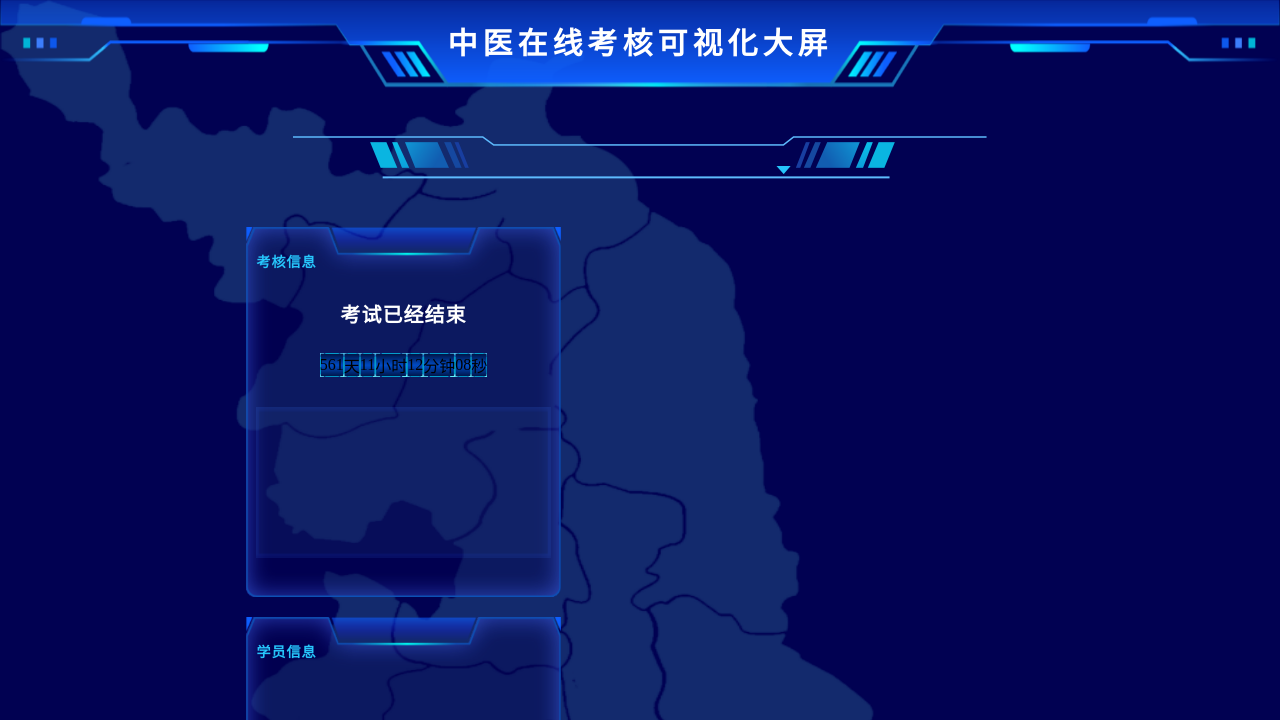
Repository: krislorem/medicine-online-datascreen-vue
Page: /
The author's editor kept a copy of each file at every save. The page is drawn from the files as they stood at one save, then again after the next save.
The browser window is 1280 px wide. The pictures show the whole page.
The project was rebuilt for these pictures with package versions that can differ from the ones it lists, and the page was loaded fresh each time. Also part of the build but not shown: vite.config.ts.

Above is the page before, as saved 2024-12-04 19:40:50.
Console error (its wording comes from the project's code and is left out).

### src/main.ts
import './assets/main.css'

import { createApp } from 'vue'
import { createPinia } from 'pinia'
import ElementPlus from 'element-plus'
import 'element-plus/dist/index.css'
import App from './App.vue'
import router from './router'

const app = createApp(App)

app.use(createPinia())
app.use(router)
app.use(ElementPlus)
app.mount('#app')

### src/assets/main.css
body, html {
  width: 100%;
  height: 100%;
  overflow: hidden;
  margin: 0;
  padding: 0;
  width: 100vw;
  height: 100vh
}

#app {
  width: 100%;
  height: 100%
}

### src/App.vue
<template>
  <div>
    <RouterView></RouterView>
  </div>
</template>

<script setup lang="ts">

</script>

<style scoped>
</style>

### src/views/HomeView.vue
<template>
  <div class="home">
    <nav>
      <h1>中医在线考核可视化大屏</h1>
    </nav>
    <div id="mid-bar">
      <select id="info"></select>
    </div>
    <div id="all-info">
      <div id="left">
        <div class="item item-1">
          <p class="top-name"><span>考核信息</span></p>
          <p class="time-title"><span>考试已经结束</span></p>
          <div class="time-container">
            <div class="time-box" style=";"><span class="time-num">561</span></div>
            <div class="time-box" style=";"><span class="time-num">天</span></div>
            <div class="time-box" style=";"><span class="time-num">11</span></div>
            <div class="time-box" style=";"><span class="time-num">小时</span></div>
            <div class="time-box" style=";"><span class="time-num">12</span></div>
            <div class="time-box" style=";"><span class="time-num">分钟</span></div>
            <div class="time-box" style=";"><span class="time-num">08</span></div>
            <div class="time-box" style=";"><span class="time-num">秒</span></div>
          </div>
          <div class="result"></div>
        </div>
        <div class="item item-2">
          <p class="top-name i2-top"><span>学员信息</span></p>
          <div class="i2">
            <div class="box">
              <p class="num bg-lg-blue">1</p>
              <p class="title bg-lg-blue">应考人数</p>
            </div>
            <div class="box">
              <p class="num bg-lg-cyan">0</p>
              <p class="title bg-lg-cyan">签到人数</p>
            </div>
            <div class="box">
              <p class="num bg-lg-red">0</p>
              <p class="title bg-lg-red">实考人数</p>
            </div>
            <div class="box">
              <p class="num bg-lg-blue">0</p>
              <p class="title bg-lg-blue">分配试卷</p>
            </div>
            <div class="box">
              <p class="num bg-lg-cyan">0</p>
              <p class="title bg-lg-cyan">答题中</p>
            </div>
            <div class="box">
              <p class="num bg-lg-red">0</p>
              <p class="title bg-lg-red">完成考试</p>
            </div>
            <div class="box">
              <p class="num bg-lg-blue2">1</p>
              <p class="title bg-lg-blue2">未签到</p>
            </div>
            <div class="box">
              <p class="num bg-lg-cyan2">1</p>
              <p class="title bg-lg-cyan2">未考核</p>
            </div>
            <div class="box">
              <p class="num bg-lg-red2">0</p>
              <p class="title bg-lg-red2">合格人数</p>
            </div>
          </div>
        </div>
      </div>
      <div id="right"></div>
    </div>
  </div>
</template>

<style scoped>
body {
  font-family: Helvetica Neue, Helvetica, PingFang SC, Hiragino Sans GB, Microsoft YaHei, "\5FAE\8F6F\96C5\9ED1", Arial, sans-serif;
  font-size: 12px;
  line-height: 1.5;
  color: #515a6e;
  background-color: #fff;
  -webkit-font-smoothing: antialiased;
  -moz-osx-font-smoothing: grayscale;
}

.home {
  background: #010152 url(/ditu.png) 50% no-repeat;
  background-size: 100% 100%;
}

.home nav {
  background-image: url(/dingbu.png);
  background-size: 100% 100%;
  background-repeat: no-repeat;
  overflow: hidden;
  display: -webkit-box;
  display: -ms-flexbox;
  display: flex;
  -webkit-box-align: center;
  -ms-flex-align: center;
  align-items: center;
}

.home nav h1 {
  font-size: 30px;
  font-family: PingFangSC-Semibold, PingFang SC;
  font-weight: 600;
  color: #fff;
  line-height: 58px;
  letter-spacing: 5px;
  margin: 15px auto;
}

.home #mid-bar {
  width: 694px;
  height: 43px;
  background: url(/nav.png) no-repeat;
  margin: 48px auto 36px;
  padding-top: 12px;
  display: -webkit-box;
  display: -ms-flexbox;
  display: flex;
  -webkit-box-pack: center;
  -ms-flex-pack: center;
  justify-content: center;
  -webkit-box-align: center;
  -ms-flex-align: center;
  align-items: center;
}

.home #mid-bar #info {
  appearance: none;
  -moz-appearance: none;
  -webkit-appearance: none;
  background: transparent url('/jiantou.png') no-repeat scroll 100%;
  width: 302px;
  height: 22px;
  font-size: 16px;
  text-align: center;
  font-family: PingFangSC-Semibold, PingFang SC;
  font-weight: 600;
  color: #26c5fb;
  line-height: 22px;
  letter-spacing: 2px;
  border: none;
}

#all-info {
  width: 100%;
  height: 796px;
  margin: 20px auto;
  display: -webkit-box;
  display: -ms-flexbox;
  display: flex;
  -ms-flex-pack: distribute;
  justify-content: space-around;
}

#all-info #left {
  width: 23%;
  height: 100%;
}

#all-info #left .item-1 {
  margin-bottom: 20px;
}

#all-info #left .item {
  height: 44%;
  width: 100%;
  padding: 10px;
  background-image: url(/kuang2.png);
  background-size: 100% 100%;
}

#all-info #left .item .top-name>span {
  width: 64px;
  height: 20px;
  font-size: 14px;
  font-family: PingFangSC-Semibold, PingFang SC;
  font-weight: 600;
  color: #26c5fb;
  line-height: 20px;
  letter-spacing: 1px;
}

#all-info #left .item-1 .time-title {
  text-align: center;
  font-size: 20px;
  font-family: PingFangSC-Semibold, PingFang SC;
  font-weight: 600;
  color: #fff;
  line-height: 20px;
  letter-spacing: 1px;
  margin: 32px auto 28px;
}

#all-info #left .item-1 .time-container,
#all-info #left .item-1 .time-container .time-box {
  display: -webkit-box;
  display: -ms-flexbox;
  display: flex;
  -webkit-box-pack: center;
  -ms-flex-pack: center;
  justify-content: center;
}

#all-info #left .item-1 .time-container .time-box {
  background-image: url('/kuang3.png');
  background-repeat: no-repeat;
  background-size: 100% 100%;
  -webkit-box-align: center;
  -ms-flex-align: center;
  align-items: center;
  background-color: #d7606b;
}

#all-info #left .item-1 .result {
  width: 100%;
  height: 43%;
  background-image: url('/kuang4.png');
  background-size: 100% 100%;
  margin: 30px auto 0;
  font-size: 16px;
  font-family: PingFangSC-Semibold, PingFang SC;
  font-weight: 600;
  color: #fff;
  line-height: 22px;
}

#all-info #left .item-2 {
  display: -webkit-box;
  display: -ms-flexbox;
  display: flex;
  -webkit-box-orient: vertical;
  -webkit-box-direction: normal;
  -ms-flex-direction: column;
  flex-direction: column;
}

#all-info #left .item-2 .i2-top {
  padding-bottom: 30px;
}

#all-info #left .item-2 .i2 {
  width: 100%;
  margin: 20px auto;
  display: -webkit-box;
  display: -ms-flexbox;
  display: flex;
  -ms-flex-wrap: wrap;
  flex-wrap: wrap;
  -ms-flex-pack: distribute;
  justify-content: space-around;
}

#all-info #left .item-2 .i2 .box {
  width: 30%;
  height: 67px;
  margin-bottom: 20px;
  padding: 20px auto;
  background-image: url('/kuang5.png');
  background-size: 100%;
  background-repeat: no-repeat;
}

#all-info #left .item-2 .i2 .box>.num,
#all-info #left .item-2 .i2 .box>.title {
  font-family: PingFangSC-Semibold, PingFang SC;
  font-weight: 600;
  color: #fff;
  text-align: center;
  background-clip: text;
  -webkit-background-clip: text;
  -webkit-text-fill-color: transparent;
  margin: 0 auto;
}

#all-info #left .item-2 .i2 .box>.num {
  width: 77px;
  height: 45px;
  font-size: 27px;
  line-height: 45px;
}
</style>
<script setup lang="ts">
import * as echarts from 'echarts';
import { onMounted } from 'vue'
const labelOption = {
  show: true,
  position: 'insideBottom',
  distance: 15,
  align: 'left',
  verticalAlign: 'middle',
  rotate: 90,
  formatter: '{c}  {name|{a}}',
  fontSize: 16,
  rich: {
    name: {}
  }
};
const option = {
  tooltip: {
    trigger: 'axis',
    axisPointer: {
      type: 'shadow'
    }
  },
  legend: {
    data: ['Forest', 'Steppe', 'Desert', 'Wetland']
  },
  xAxis: [
    {
      type: 'category',
      axisTick: { show: false },
      data: ['2012', '2013', '2014', '2015', '2016']
    }
  ],
  yAxis: [
    {
      type: 'value'
    }
  ],
  series: [
    {
      name: 'Forest',
      type: 'bar',
      barGap: 0,
      label: labelOption,
      emphasis: {
        focus: 'series'
      },
      data: [320, 332, 301, 334, 390]
    },
    {
      name: 'Steppe',
      type: 'bar',
      label: labelOption,
      emphasis: {
        focus: 'series'
      },
      data: [220, 182, 191, 234, 290]
    },
    {
      name: 'Desert',
      type: 'bar',
      label: labelOption,
      emphasis: {
        focus: 'series'
      },
      data: [150, 232, 201, 154, 190]
    },
    {
      name: 'Wetland',
      type: 'bar',
      label: labelOption,
      emphasis: {
        focus: 'series'
      },
      data: [98, 77, 101, 99, 40]
    }
  ]
};
onMounted(() => {
  let chartDom = document.getElementById('m');
  let myChart = echarts.init(chartDom);
  option && myChart.setOption(option);
})


</script>

Loaded but not shown: index.html (common file); src/router/index.ts (common file)

After the next save:
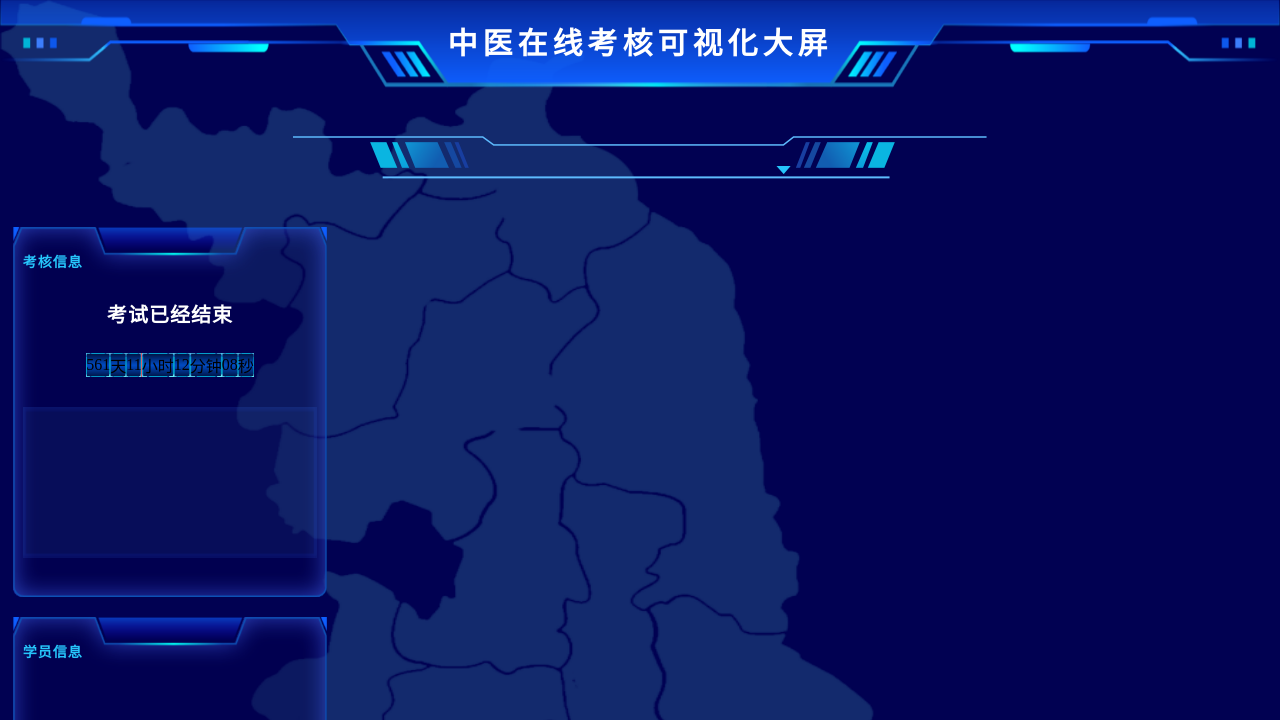
Saved 5 min 17 s later.
--- a/src/views/HomeView.vue
+++ b/src/views/HomeView.vue
@@ -280,6 +280,11 @@ body {
   font-size: 27px;
   line-height: 45px;
 }
+
+#all-info #right {
+  width: 73%;
+  height: 100%;
+}
 </style>
 <script setup lang="ts">
 import * as echarts from 'echarts';
